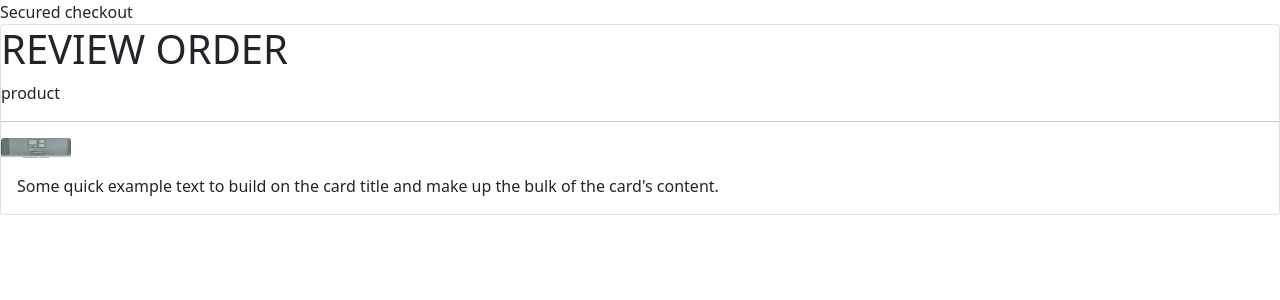
Repository: sreech465/e-prathibha
Page: /checkouts
These files come from the project's save history. The page is drawn as it stood at one moment and after the next save; the edit follows.
The browser window is 1280 px wide. The pictures show the whole page.
The project was rebuilt for these pictures with package versions that can differ from the ones it lists, and the page was loaded fresh each time. Also part of the build but not shown: src/Redux/Actions.js, src/Components/Register.js, src/Components/Verify.js, src/Components/Header.js, src/Components/Login.js, src/Components/Popup.css, src/Components/Popup.js, src/Components/WritExam.css and 9 more.

Above is the page before, as saved 2022-10-18 18:32:00.

### src/index.js
import React from "react";
import ReactDOM from "react-dom/client";
import "./index.css";
import App from "./App";
import reportWebVitals from "./reportWebVitals";
import { Provider } from "react-redux";
import { store } from "./Redux/Store";

import "bootstrap/dist/css/bootstrap.min.css";

const root = ReactDOM.createRoot(document.getElementById("root"));
root.render(
  <React.StrictMode>
    <Provider store={store}>
      <App />
    </Provider>
  </React.StrictMode>
);

// If you want to start measuring performance in your app, pass a function
// to log results (for example: reportWebVitals(console.log))
// or send to an analytics endpoint. Learn more: https://bit.ly/CRA-vitals
reportWebVitals();

### src/App.js
import "bootstrap/dist/css/bootstrap.min.css";
import "./App.css";
import Register from "./Components/Register";
import { useSelector } from "react-redux";
import Verify from "./Components/Verify";
import Header from "./Components/Header";
import Login from "./Components/Login";
import { Routes, Route } from "react-router-dom";
import WriteExam from "./Components/WriteExam";
import { BrowserRouter } from "react-router-dom";
import ListOfExams from "./Components/ListOfExams";
import CategoryOfExams from "./Components/CategoryOfExams";
import PremiumList from "./Components/PremiumList";
import MockList from "./Components/MockList";
import PwriteExam from "./Components/PwriteExam";
import Sidebar from "./Components/Sidebar";
import Packageanu from "./Components/Packageanu";
import Checkouts from "./Components/Checkouts";
function App() {
  const state = useSelector((state) => state);
  console.log(state);

  return (
    <>
      <div className="App">
        <BrowserRouter>
          <Routes>
            <Route path="/register" element={<Register />} />
            <Route path="/Verify" element={<Verify />} />
            <Route path="/" element={<Login />} />
            <Route path="/ListOfExams" element={<ListOfExams />} />
            <Route path="/PremiumList" element={<PremiumList />} />
            <Route path="/MockList" element={<MockList />} />
            <Route path="/CategoryOfExams" element={<CategoryOfExams />} />
            <Route path="/ListOfExams/:id" element={<WriteExam />} />
            <Route path="/PremiumList/:id" element={<WriteExam />} />
            <Route path="/packages" element={<Packageanu />} />
            <Route path="/checkouts" element={<Checkouts />} />
          </Routes>
        </BrowserRouter>
      </div>
    </>
  );
}

export default App;

### src/Redux/Store.js
import { applyMiddleware } from "redux";

import { createStore } from "redux";
import thunk from "redux-thunk";
import { rootreducer } from "./CombineReducers";

export const store = createStore(rootreducer, applyMiddleware(thunk));

### src/App.css
.Sidebar {

  height:100%;
  width:50px;
  background-color: black;
  top:0;
  position:fixed;


}

body{
  margin:0;
  padding:0;
}

.App{
  width:100vw;
  height: 100vh;
}

.SidebarList{
  height: auto;
  padding: 0;
  width:100%;
}

.SidebarList .row{
  width:100%;
  height: 50px;
  border: rgba(11, 11, 11, 0.851);
list-style-type: none;
margin: 0;
color: white;
left: 0;
font-family: 'Lucida Sans', 'Lucida Sans Regular', 'Lucida Grande', 'Lucida Sans Unicode', Geneva, Verdana, sans-serif;
}

.row #icon {
  flex: 30%;
  display: grid;
  place-items: center;
}

### src/Components/Checkouts.js
import React from "react";

const Checkouts = () => {
  return (
    <>
      <div>Secured checkout</div>

      <div class="card">
        <h1>REVIEW ORDER</h1>
        <div>product</div>
        <hr />
        <img
          class="card-img-top"
          style={{ width: 70, height: 20 }}
          src="data:[embedded picture, 3279 characters]"
          alt="Card image cap"
        />
        <div class="card-body">
          <p class="card-text">
            Some quick example text to build on the card title and make up the
            bulk of the card's content.
          </p>
        </div>
      </div>
    </>
  );
};

export default Checkouts;

### src/Redux/CombineReducers.js
import { combineReducers } from "redux";
import {
  loginReducer,
  packageReducer,
  payReducer,
  submitExamReducer,
} from "./Reducer";
import { endExamReducer } from "./Reducer";
import { yearlyQreducer } from "./Reducer";
import { verifyReducer } from "./Reducer";
import { registerReducer } from "./Reducer";
import { writeExamReducer } from "./Reducer";
import { premiumReducer } from "./Reducer";
import { mockReducer } from "./Reducer";

export const rootreducer = combineReducers({
  RegisterReducer: registerReducer,
  VerifyReducer: verifyReducer,
  LoginReducer: loginReducer,
  GetYearlyReducer: yearlyQreducer,
  WexamReducer: writeExamReducer,
  EexamReducer: endExamReducer,
  PremiumReducer: premiumReducer,
  MockReducer: mockReducer,
  SubmitExamReducer: submitExamReducer,
  PayReducer: payReducer,
  PackageReducer: packageReducer,
});

### src/Components/Sidebardata.js
import React from "react";
import HomeIcon from "@mui/icons-material/Home";
import ShoppingCartIcon from "@mui/icons-material/ShoppingCart";
import LegendToggleIcon from "@mui/icons-material/LegendToggle";
import LiveHelpIcon from "@mui/icons-material/LiveHelp";
import ManageSearchIcon from "@mui/icons-material/ManageSearch";
import AssistantPhotoIcon from "@mui/icons-material/AssistantPhoto";
import BuildIcon from "@mui/icons-material/Build";
import DomainVerificationIcon from "@mui/icons-material/DomainVerification";
export const Sidebardata = [
  {
    title: "",
    icon: <HomeIcon />,
    link: "/",
  },
  {
    title: "",
    icon: <ShoppingCartIcon />,
    link: "/packages",
  },
  {
    title: "",
    icon: <LegendToggleIcon />,
    link: "/summary",
  },
  {
    title: "",
    icon: <AssistantPhotoIcon />,
    link: "/result",
  },
  {
    title: "",
    icon: <ManageSearchIcon />,
    link: "/search",
  },
  {
    title: "",
    icon: <LiveHelpIcon />,
    link: "/help",
  },
  {
    title: "",
    icon: <BuildIcon />,
    link: "/help",
  },

  {
    title: "",
    icon: <DomainVerificationIcon />,
    link: "/help",
  },
];

### src/Redux/Reducer.js
import { Actions } from "../Components/types";

const initialstate1 = {
  user1: "",
  user2: "",
  user3: "",
  user4: "",
  user5: "",
  user6: "",
  user7: "",
  user8: "",
  user9: "",
  user10: "",
  user11: "",
};

export const loginReducer = (state = initialstate1, action) => {
  const { type, payload } = action;

  switch (type) {
    case Actions.LOGIN:
      return { ...state, user3: payload };
    default:
      return state;
  }
};

export const registerReducer = (state = initialstate1, action) => {
  const { type, payload } = action;

  switch (type) {
    case Actions.REGISTER:
      return { ...state, user1: payload };
    default:
      return state;
  }
};

export const verifyReducer = (state = initialstate1, action) => {
  const { type, payload } = action;

  switch (type) {
    case Actions.VERIFY:
      return { ...state, user2: payload };
    default:
      return state;
  }
};

export const yearlyQreducer = (state = initialstate1, action) => {
  const { type, payload } = action;

  switch (type) {
    case Actions.GETYEARLYQUESTIONS:
      return { ...state, user4: payload };
    default:
      return state;
  }
};

export const premiumReducer = (state = initialstate1, action) => {
  const { type, payload } = action;

  switch (type) {
    case Actions.PREMIUMEXAMS:
      return { ...state, user7: payload };
    default:
      return state;
  }
};

export const mockReducer = (state = initialstate1, action) => {
  const { type, payload } = action;

  switch (type) {
    case Actions.MOCKEXAMS:
      return { ...state, user8: payload };
    default:
      return state;
  }
};

export const writeExamReducer = (state = initialstate1, action) => {
  const { type, payload } = action;

  switch (type) {
    case Actions.WRITETHEEXAM:
      return { ...state, user5: payload };
    default:
      return state;
  }
};

export const submitExamReducer = (state = initialstate1, action) => {
  const { type, payload } = action;

  switch (type) {
    case Actions.SUBMITEXAM:
      return { ...state, user9: payload };
    default:
      return state;
  }
};

export const endExamReducer = (state = initialstate1, action) => {
  const { type, payload } = action;

  switch (type) {
    case Actions.ENDTHEEXAM:
      return { ...state, user6: payload };
    default:
      return state;
  }
};

export const payReducer = (state = initialstate1, action) => {
  const { type, payload } = action;

  switch (type) {
    case Actions.PAYDETAILS:
      return { ...state, user10: payload };
    default:
      return state;
  }
};

export const packageReducer = (state = initialstate1, action) => {
  const { type, payload } = action;

  switch (type) {
    case Actions.PACKAGEDETAILS:
      return { ...state, user11: payload };
    default:
      return state;
  }
};

### src/Components/types.js
export const Actions = {
  LOGIN: "LOGIN",
  REGISTER: "REGISTER",
  VERIFY: "VERIFY",
  GETYEARLYQUESTIONS: "GETYEARLYQUESTIONS",
  WRITETHEEXAM: "WRITETHEEXAM",
  SUBMITEXAM: "SUBMITEXAM",
  ENDTHEEXAM: "ENDTHEEXAM",
  PREMIUMEXAMS: "PREMIUMEXAMS",
  MOCKEXAMS: "MOCKEXAMS",
  PAYDETAILS: "PAYDETAILS",
  PACKAGEDETAILS: "PACKAGEDETAILS",
};

Loaded but not shown: public/index.html (common file); src/index.css (common file); src/reportWebVitals.js (common file)

After the next save:
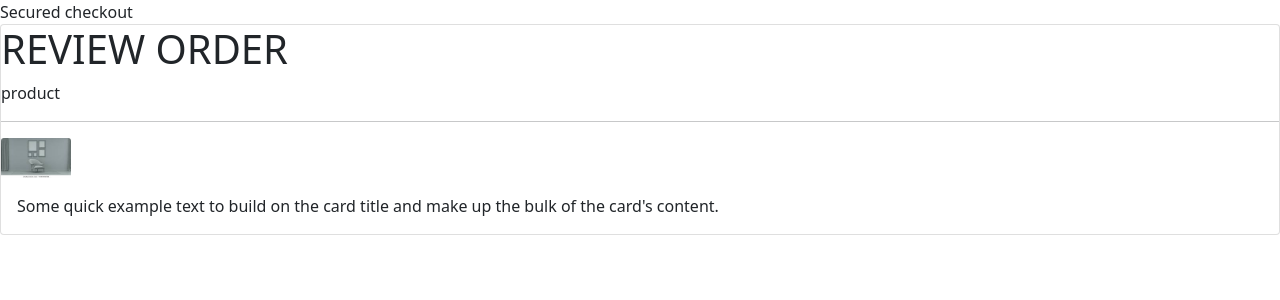
Saved 8 s later.
--- a/src/Components/Checkouts.js
+++ b/src/Components/Checkouts.js
@@ -11,7 +11,7 @@ const Checkouts = () => {
         <hr />
         <img
           class="card-img-top"
-          style={{ width: 70, height: 20 }}
+          style={{ width: 70, height: 40 }}
           src="data:[embedded picture, 3279 characters]"
           alt="Card image cap"
         />
